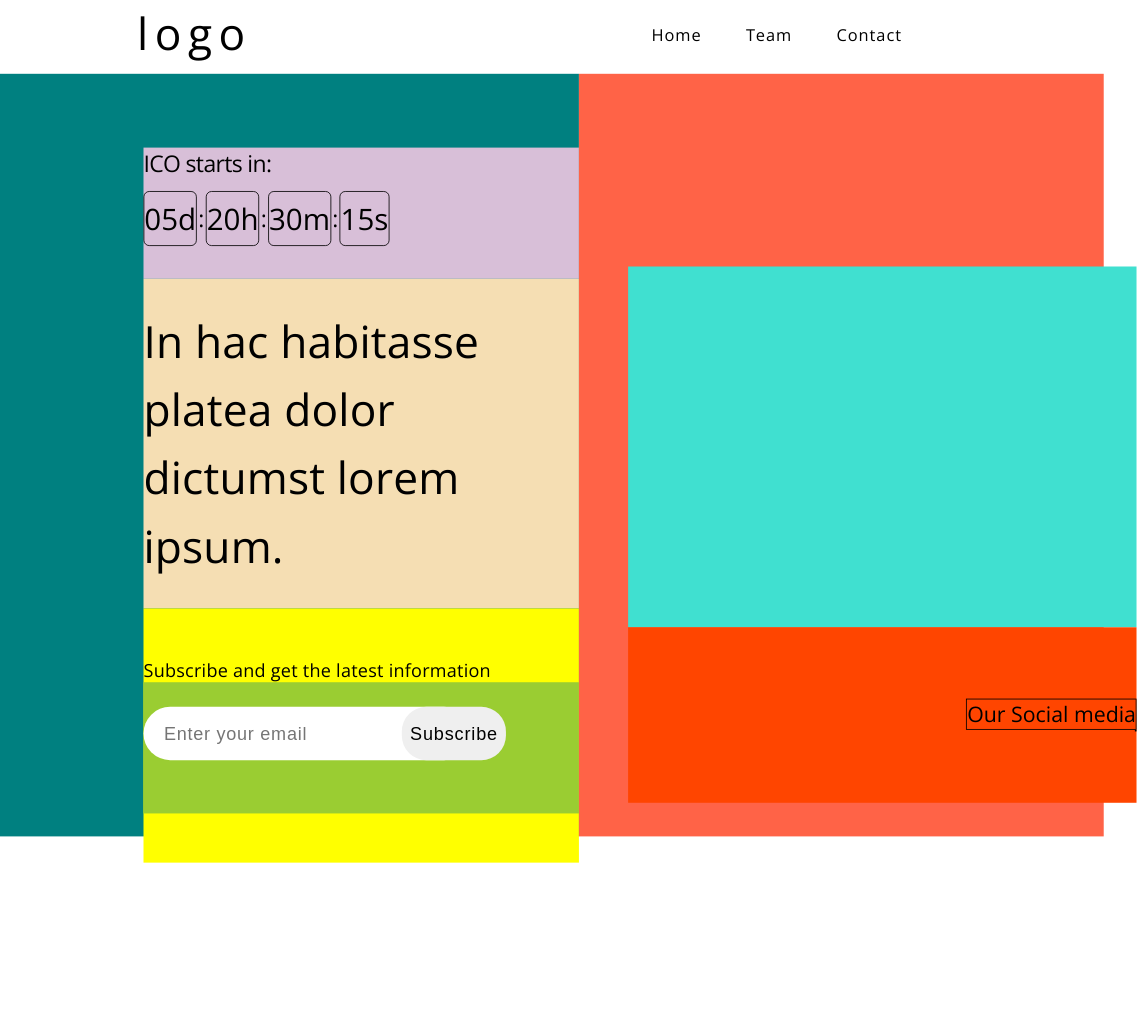
Repository: McGregorSt/newOne
Page: index.html
These files come from the project's save history. The page is drawn as it stood at one moment and after a run of saves; the edit follows.
The browser window is 1280 px wide. The page is 1386 px wide, so the pictures cover 1386 px, including what lies to the right of the window. The pictures show the whole page, at 82% of full size.

Above is the page before, as saved 2019-12-13 19:03:13.

After the next 2 saves:
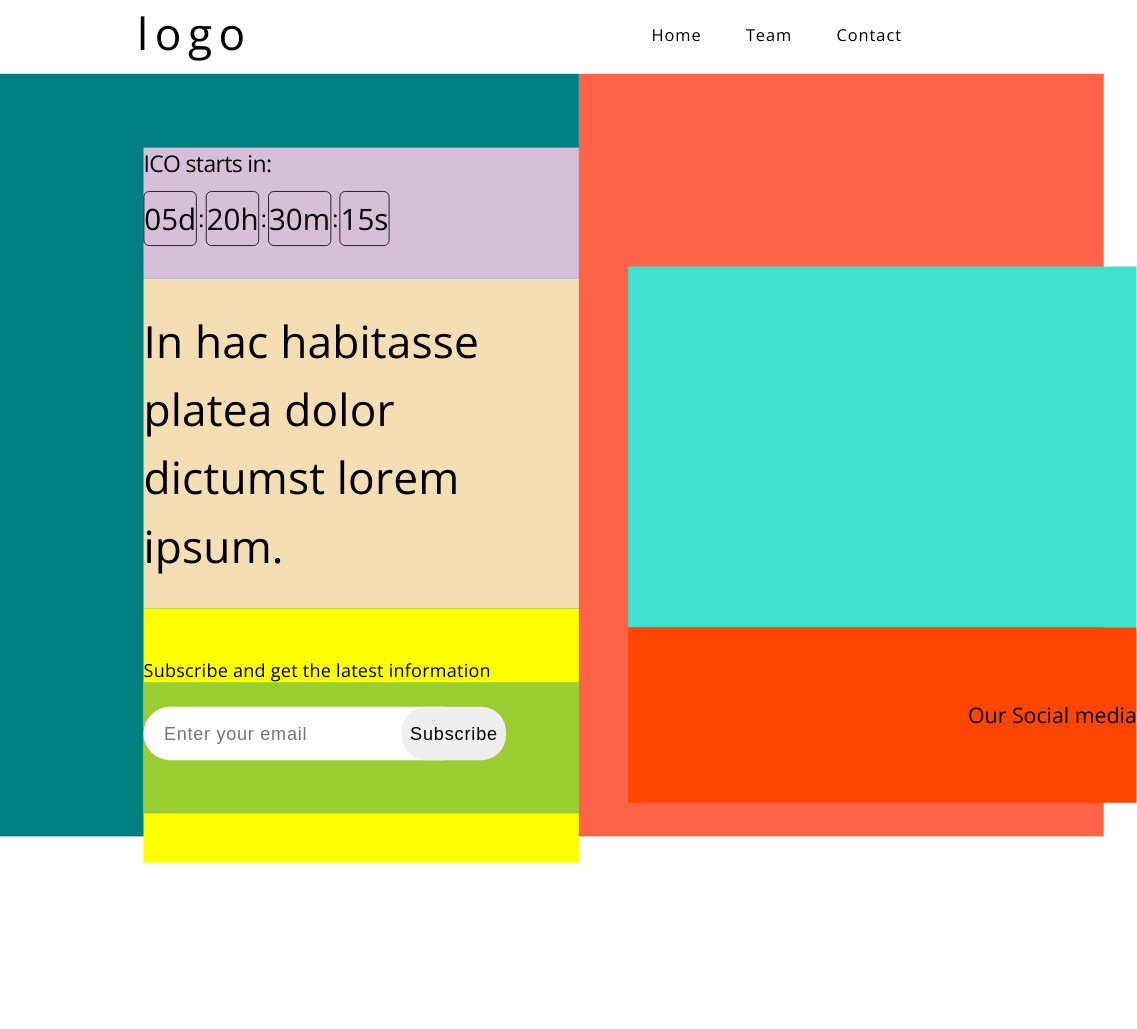
The 2 saves are shown as one change because they came seconds apart.
The last was saved 13 s later.
--- a/css/style.css
+++ b/css/style.css
@@ -146,7 +146,7 @@ body {
   font-size: 26px;
   background-color: orangered;
 }
-.media__social > * {
+.media__social__items {
   border: 1px solid #000;
 }
 
